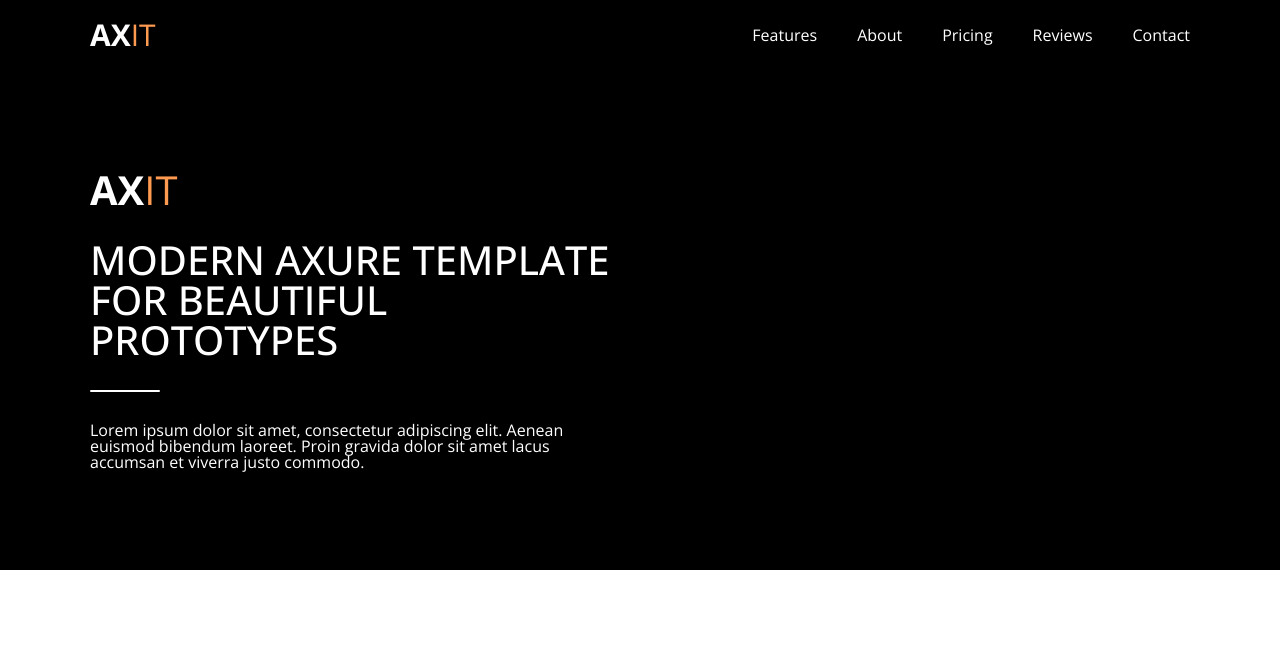
Repository: dinhtri123/axureThems
Page: index.html
The author's editor kept a copy of each file at every save. The page is drawn from the files as they stood at one save, then again after a run of saves.
The browser window is 1280 px wide. The pictures show the whole page.

Above is the page before, as saved 2023-02-11 15:02:49.

### index.html
<!DOCTYPE html>
<html lang="en">
  <head>
    <meta charset="UTF-8" />
    <meta http-equiv="X-UA-Compatible" content="IE=edge" />
    <meta name="viewport" content="width=device-width, initial-scale=1.0" />
    <title>Axure Themes</title>
    <script
      type="module"
      src="https://unpkg.com/ionicons@5.5.2/dist/ionicons/ionicons.esm.js"
    ></script>
    <script
      nomodule
      src="https://unpkg.com/ionicons@5.5.2/dist/ionicons/ionicons.js"
    ></script>
    <link rel="stylesheet" href="style.css" />
  </head>
  <body>
    <header>
      <div class="container headerMain">
        <a href="index.html" class="logo">
          <span>AX</span>
          <span>IT</span>
        </a>
        <nav>
          <ul>
            <li><a href="#">Features</a></li>
            <li><a href="#">About</a></li>
            <li><a href="#">Pricing</a></li>
            <li><a href="#">Reviews</a></li>
            <li><a href="#">Contact</a></li>
          </ul>
        </nav>
      </div>
    </header>
    <div class="banner">
      <div class="container bannerMain">
        <div class="bannerLeft">
          <a href="index.html" class="logo logoBanner">
            <span>AX</span>
            <span>IT</span>
          </a>
          <h3>MODERN AXURE TEMPLATE FOR BEAUTIFUL PROTOTYPES</h3>
          <span></span>
          <p>
            Lorem ipsum dolor sit amet, consectetur adipiscing elit. Aenean
            euismod bibendum laoreet. Proin gravida dolor sit amet lacus
            accumsan et viverra justo commodo.
          </p>
        </div>
        <div class="bannerRight"></div>
      </div>
    </div>
  </body>
</html>

### style.css
@import url("https://fonts.googleapis.com/css2?family=Open+Sans:wght@400;500;600;700&display=swap");
* {
  margin: 0;
  padding: 0;
  box-sizing: border-box;
  scroll-behavior: smooth;
}
:root{
    --bg-black : #000;
    --bg-white: #fff;
}
body {
  font-family: "Open Sans", sans-serif;
  font-weight: 400;
  font-size: 16px;
  line-height: 1;
  width: 100%;
  max-height: 100vh;
  height: 100%;
  color:var(--bg-white);
}

.container {
  max-width: 1100px;
  width: 100%;
  height: 100%;
  margin: 0px auto;
}

header{
    width:100%;
    height:70px;
    background:var(--bg-black);
}
.headerMain{
    display: flex;
    justify-content: space-between;
    align-items: center;
}
.logo{
    display:flex;
    text-decoration: none;
    font-size:30px;
}
.logo span:first-child{
    font-weight:700;
    color:var(--bg-white);
}
.logo span:last-child{
    font-weight: 400;
    color: #ff9b51;
}
nav ul {
    display:flex;
    align-items: center;
    gap:40px;
    list-style: none;
}
nav ul li a{
    text-decoration: none;
    color:var(--bg-white);
}

/* --------------------- */

/* --------BANNER------------ */

.banner{
    width: 100%;
    background:var(--bg-black);
}
.bannerMain{
    padding:100px 0px;
    display:grid;
    grid-template-columns: repeat(2, 1fr);
    gap:50px;
}
.bannerLeft{
    display:flex;
    flex-direction: column;
    gap:30px;
}
.bannerRight{
    display:flex;
    justify-content: end;
    align-items:center;
}

.logoBanner{
    font-size: 40px;
}
.bannerLeft > h3{
    font-size:40px;
    font-weight:500;
}
.bannerLeft > span{
    width: 70px;
    height:2px;
    background-color: var(--bg-white);
    border-radius:8px;
}
.bannerLeft > p{

}

After the next 2 saves:
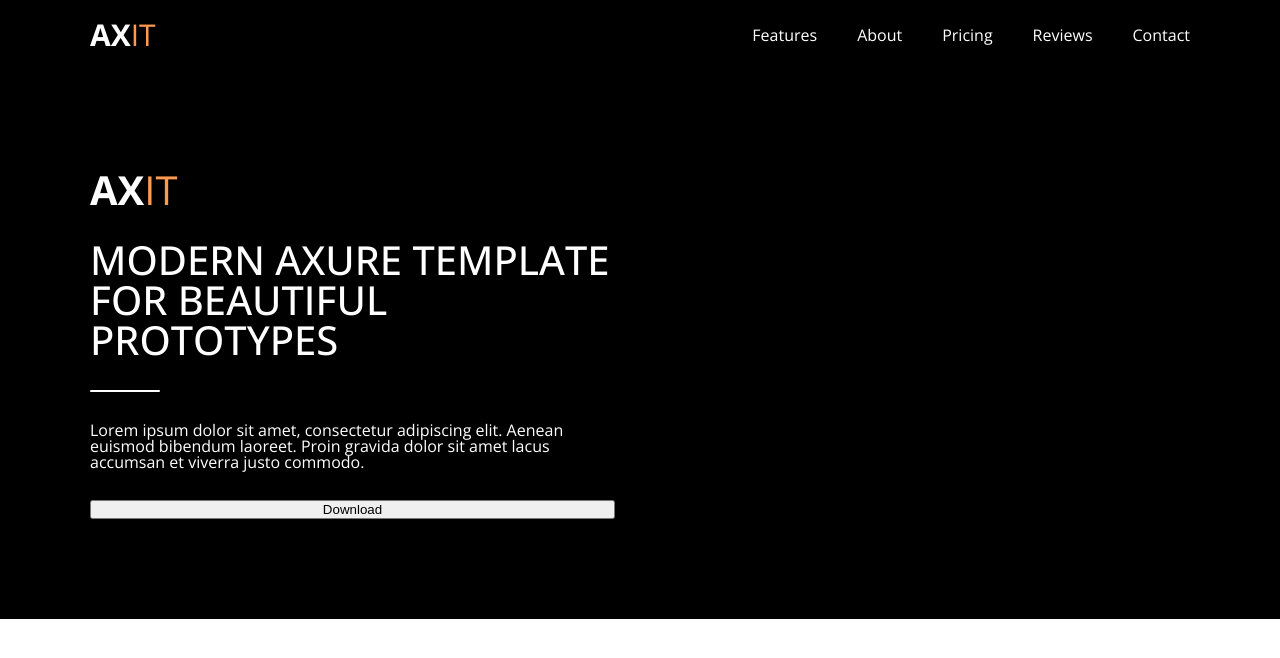
The 2 saves are shown as one change because they came seconds apart.
The last was saved 26 s later.
--- a/index.html
+++ b/index.html
@@ -47,6 +47,7 @@
             euismod bibendum laoreet. Proin gravida dolor sit amet lacus
             accumsan et viverra justo commodo.
           </p>
+          <button>Download</button>
         </div>
         <div class="bannerRight"></div>
       </div>
